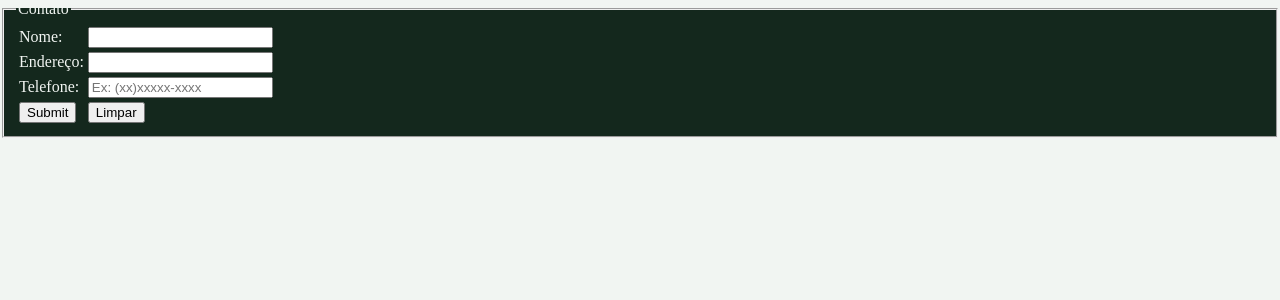
Repository: otavio-vicente/BackEnd-UniSenai
Page: WorkspaceTrilhaWeb/exemploServlet/src/main/webapp/contato.html
An editor plug-in stored every save of this project. The page is shown before and after the next save, followed by the edit.
The browser window is 1280 px wide. The pictures show the whole page.

Above is the page before, as saved 2024-06-13 22:58:55.

### WorkspaceTrilhaWeb/exemploServlet/src/main/webapp/contato.html
<!DOCTYPE html>
<html>
<head>
<meta charset="UTF-8">
<title>Insert title here</title>
<link href="./style.css" rel="stylesheet" type="text/css">
</head>
<body>
	<form>
		<fieldset>
			<legend>Contato</legend>
			<table>
				<tr>
					<td>Nome:</td>
					<td><input type="text"></input></td>
				</tr>
				<tr>
					<td>Endereço:</td>
					<td><input type="text"></input></td>
				</tr>
				<tr>
					<td>Telefone:</td>
					<td><input type="fone" placeholder="Ex: (xx)xxxxx-xxxx"></input></td>
				</tr>
				<tr>
					<td><input type="submit"></input></td>
					<td><input type="reset" value="Limpar"></input></td>
				</tr>
			</table>
		</fieldset>
	</form>
</body>
</html>

### WorkspaceTrilhaWeb/exemploServlet/src/main/webapp/style.css
@charset "UTF-8";

body {
	background-color: #F1F5F2;
	margin: 0;
	padding:0;
}

fieldset {
	background-color: #14281D;
	color: #F1F5F2;
}

After the next save:
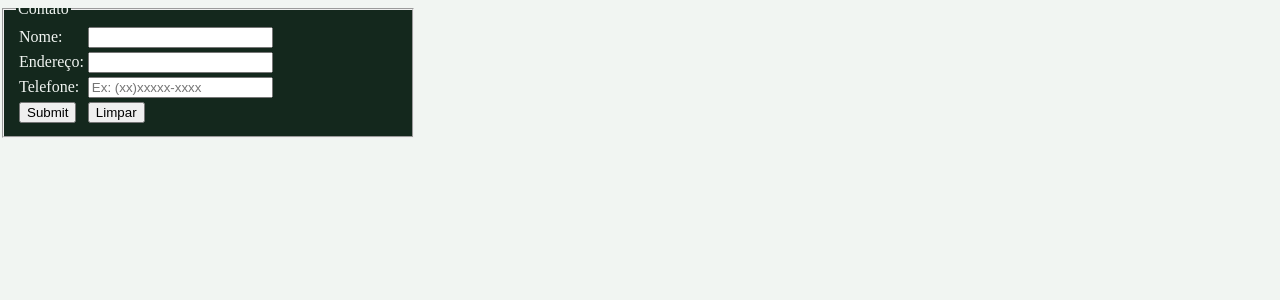
Saved 25 min 36 s later.
--- a/WorkspaceTrilhaWeb/exemploServlet/src/main/webapp/style.css
+++ b/WorkspaceTrilhaWeb/exemploServlet/src/main/webapp/style.css
@@ -9,4 +9,5 @@
 fieldset {
 	background-color: #14281D;
 	color: #F1F5F2;
+	width: 30%;
 }

After the save that followed:
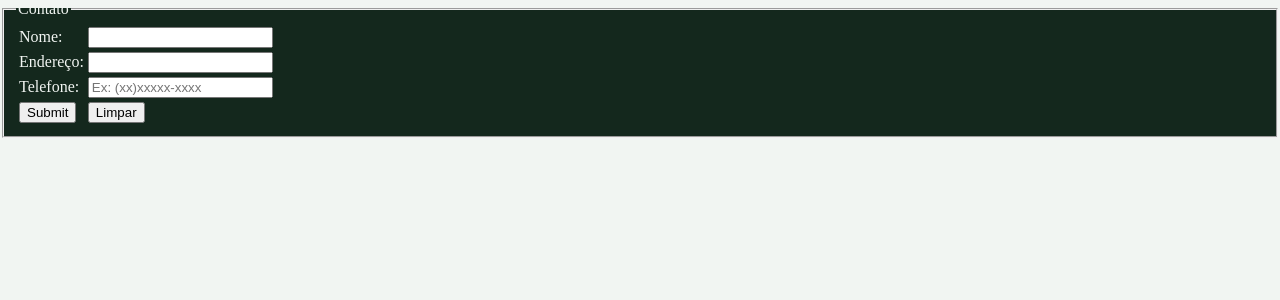
Saved 21 s later.
--- a/WorkspaceTrilhaWeb/exemploServlet/src/main/webapp/style.css
+++ b/WorkspaceTrilhaWeb/exemploServlet/src/main/webapp/style.css
@@ -9,5 +9,4 @@
 fieldset {
 	background-color: #14281D;
 	color: #F1F5F2;
-	width: 30%;
 }
